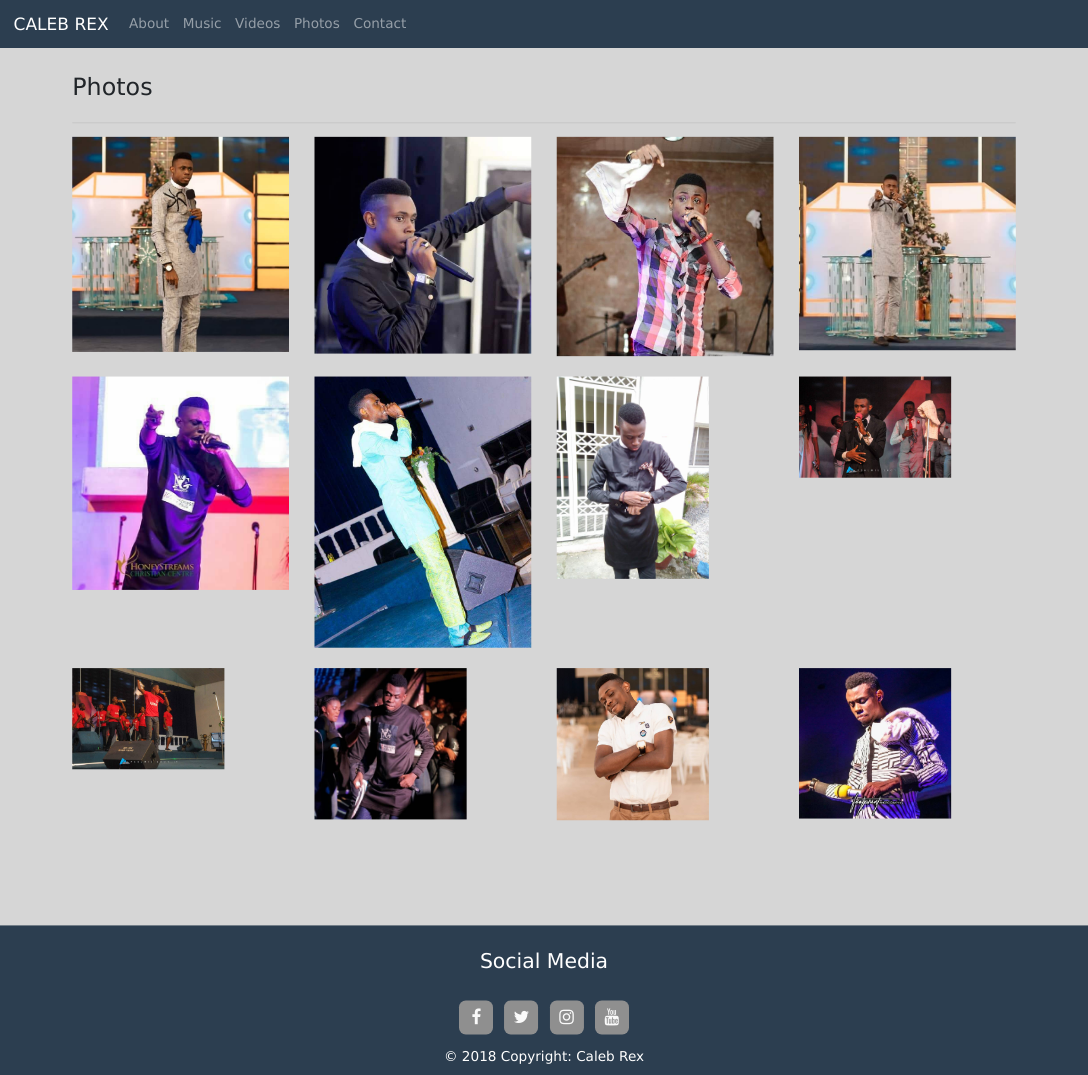
Repository: IchaTreasure/caleb-rex
Page: photos.html
The author's editor kept a record of every edit. The page is drawn from the files as they stood at one moment, then again after the next edit.
The browser window is 1280 px wide. The pictures show the whole page, at 85% of full size.
Some web libraries are served in a nearby version.

Above is the page before.

### photos.html
<!DOCTYPE html>
<html lang="en">

<head>
    <meta charset="UTF-8">
    <meta name="viewport" content="width=device-width, initial-scale=1.0">
    <meta http-equiv="X-UA-Compatible" content="ie=edge">
    <link rel="stylesheet" href="https://maxcdn.bootstrapcdn.com/bootstrap/4.1.3/css/bootstrap.min.css">
    <link rel="stylesheet" href="https://use.fontawesome.com/releases/v5.6.1/css/all.css" integrity="sha384-gfdkjb5BdAXd+lj+gudLWI+BXq4IuLW5IT+brZEZsLFm++aCMlF1V92rMkPaX4PP" crossorigin="anonymous">
    <link rel="stylesheet" href="https://stackpath.bootstrapcdn.com/bootstrap/4.3.1/css/bootstrap.min.css" type="text/css" />
    <link rel="stylesheet" href="https://stackpath.bootstrapcdn.com/font-awesome/4.7.0/css/font-awesome.min.css" type="text/css" />
    <link rel="stylesheet" href="https://cdnjs.cloudflare.com/ajax/libs/hover.css/2.3.1/css/hover-min.css" type="text/css" />
    <link href="https://fonts.googleapis.com/css?family=Roboto:400,700" rel="stylesheet">
    <link rel="stylesheet" href="css/style.css" type="text/css" />
    <title>Caleb Rex</title>
</head>

<body style="background-color: #2c3e50">
    <!-- ------------------------------------------------------------------------------------------------------Navigation Bar -->
    <nav class="navbar navbar-expand-md navbar-dark fixed-top" style="background-color: #2c3e50">
        <a class="navbar-brand" href="index.html">CALEB REX</a>
        <button class="navbar-toggler" type="button" data-toggle="collapse" data-target="#navbarsExampleDefault" aria-controls="navbarsExampleDefault" aria-expanded="false" aria-label="Toggle navigation">
    <span class="navbar-toggler-icon"></span>
  </button>

        <div class="collapse navbar-collapse" id="navbarsExampleDefault">
            <ul class="navbar-nav mr-auto">
                <li class="nav-item right" data-toggle="collapse" data-target=".navbar-collapse.show">
                    <a class="nav-link" href="about.html">About</a>
                </li>
                <li class="nav-item right" data-toggle="collapse" data-target=".navbar-collapse.show">
                    <a class="nav-link" href="music.html">Music</a>
                </li>
                <li class="nav-item right" data-toggle="collapse" data-target=".navbar-collapse.show">
                    <a class="nav-link" href="videos.html">Videos</a>
                </li>
                <li class="nav-item right" data-toggle="collapse" data-target=".navbar-collapse.show">
                    <a class="nav-link" href="photos.html">Photos</a>
                </li>
                <li class="nav-item right" data-toggle="collapse" data-target=".navbar-collapse.show">
                    <a class="nav-link" href="contact.html">Contact</a>
                </li>
            </ul>
        </div>
    </nav>

    <!-- Photo section -->
    <section style="background-color: #D6D6D6; padding-bottom: 100px;">
        <div class="container" Style="padding-top: 30px">
            <div class="row">
                <h3 style="padding-left: 15px">Photos</h3>
            </div>
            <hr>
            <div class="row">
                <!-- Modal: Image 1 -->
                <div class="col-sm-3">
                    <a class="d-block mb-4 h-100">
            <img class="img-fluid img-hover" src="images/Caleb1.jpg" data-toggle="modal" data-target="#Image1" alt="Caleb 1" style="width: 100%">
          </a>
                    <!-- Modal Content -->
                    <div class="modal fade" id="Image1" tabindex="-1" role="dialog" aria-hidden="true">
                        <div class="modal-dialog modal-lg" role="document">
                            <div class="modal-body">
                                <img class="img-fluid" src="images/Caleb1.jpg" alt="Caleb 1">
                            </div>
                        </div>
                    </div>
                </div>

                <!-- Modal: Image 2 -->
                <div class="col-sm-3">
                    <a class="d-block mb-4 h-100">
            <img class="img-fluid img-hover" src="images/Caleb2.jpg" data-toggle="modal" data-target="#Image2" alt="Caleb 2" style="width: 100%">
          </a>
                    <!-- Modal Content -->
                    <div class="modal fade" id="Image2" tabindex="-1" role="dialog" aria-hidden="true">
                        <div class="modal-dialog modal-lg" role="document">
                            <div class="modal-body">
                                <img class="img-fluid" src="images/Caleb2.jpg" alt="Caleb 2">
                            </div>
                        </div>
                    </div>
                </div>

                <!-- Modal: Image 3 -->
                <div class="col-sm-3">
                    <a class="d-block mb-4 h-100">
            <img class="img-fluid img-hover" src="images/Caleb3.jpg" data-toggle="modal" data-target="#Image3" alt="Caleb 3" style="width: 100%">
          </a>
                    <!-- Modal Content -->
                    <div class="modal fade" id="Image3" tabindex="-1" role="dialog" aria-hidden="true">
                        <div class="modal-dialog modal-lg" role="document">
                            <div class="modal-body">
                                <img class="img-fluid" src="images/Caleb3.jpg" alt="Caleb 3">
                            </div>
                        </div>
                    </div>
                </div>

                <!-- Modal: Image 4 -->
                <div class="col-sm-3">
                    <a class="d-block mb-4 h-100">
            <img class="img-fluid img-hover" src="images/Caleb4.jpg" data-toggle="modal" data-target="#Image4" alt="Caleb 4" style="width: 100%">
          </a>
                    <!-- Modal Content -->
                    <div class="modal fade" id="Image4" tabindex="-1" role="dialog" aria-hidden="true">
                        <div class="modal-dialog modal-lg" role="document">
                            <div class="modal-body">
                                <img class="img-fluid" src="images/Caleb4.jpg" alt="Caleb 4">
                            </div>
                        </div>
                    </div>
                </div>
            </div>

            <div class="row">
                <!-- Modal: Image 5 -->
                <div class="col-sm-3">
                    <a class="d-block mb-4 h-100">
            <img class="img-fluid img-hover" src="images/Caleb5.jpg" data-toggle="modal" data-target="#Image5" alt="Caleb 5" style="width: 100%">
          </a>
                    <!-- Modal Content -->
                    <div class="modal fade" id="Image5" tabindex="-1" role="dialog" aria-hidden="true">
                        <div class="modal-dialog modal-lg" role="document">
                            <div class="modal-body">
                                <img class="img-fluid" src="images/Caleb5.jpg" alt="Caleb 5">
                            </div>
                        </div>
                    </div>
                </div>

                <!-- Modal: Image 6 -->
                <div class="col-sm-3">
                    <a class="d-block mb-4 h-100">
            <img class="img-fluid img-hover" src="images/Caleb6.jpg" data-toggle="modal" data-target="#Image6" alt="Caleb 6" style="width: 100%">
          </a>
                    <!-- Modal Content -->
                    <div class="modal fade" id="Image6" tabindex="-1" role="dialog" aria-hidden="true">
                        <div class="modal-dialog modal-lg" role="document">
                            <div class="modal-body">
                                <img class="img-fluid" src="images/Caleb6.jpg" alt="Caleb 6">
                            </div>
                        </div>
                    </div>
                </div>

                <!-- Modal: Image 7 -->
                <div class="col-sm-3">
                    <a class="d-block mb-4 h-100">
            <img class="img-fluid img-hover" src="images/Caleb7.jpg" data-toggle="modal" data-target="#Image7" alt="Caleb 7" style="width: 70%">
          </a>
                    <!-- Modal Content -->
                    <div class="modal fade" id="Image7" tabindex="-1" role="dialog" aria-hidden="true">
                        <div class="modal-dialog modal-lg" role="document">
                            <div class="modal-body">
                                <img class="img-fluid" src="images/Caleb7.jpg" alt="Caleb 7">
                            </div>
                        </div>
                    </div>
                </div>

                <!-- Modal: Image 8 -->
                <div class="col-sm-3">
                    <a class="d-block mb-4 h-100">
            <img class="img-fluid img-hover" src="images/Caleb8.jpg" data-toggle="modal" data-target="#Image8" alt="Caleb 8" style="width: 70%">
          </a>
                    <!-- Modal Content -->
                    <div class="modal fade" id="Image8" tabindex="-1" role="dialog" aria-hidden="true">
                        <div class="modal-dialog modal-lg" role="document">
                            <div class="modal-body">
                                <img class="img-fluid" src="images/Caleb8.jpg" alt="Caleb 8">
                            </div>
                        </div>
                    </div>
                </div>
            </div>

            <div class="row">
                <!-- Modal: Image 9 -->
                <div class="col-sm-3">
                    <a class="d-block mb-4 h-100">
            <img class="img-fluid img-hover" src="images/Caleb9.jpg" data-toggle="modal" data-target="#Image9" alt="Caleb 9" style="width: 70%">
          </a>
                    <!-- Modal Content -->
                    <div class="modal fade" id="Image9" tabindex="-1" role="dialog" aria-hidden="true">
                        <div class="modal-dialog modal-lg" role="document">
                            <div class="modal-body">
                                <img class="img-fluid" src="images/Caleb9.jpg" alt="Caleb 9">
                            </div>
                        </div>
                    </div>
                </div>

                <!-- Modal: Image 10 -->
                <div class="col-sm-3">
                    <a class="d-block mb-4 h-100">
            <img class="img-fluid img-hover" src="images/Caleb11.jpg" data-toggle="modal" data-target="#Image11" alt="Caleb 10" style="width: 70%">
          </a>
                    <!-- Modal Content -->
                    <div class="modal fade" id="Image11" tabindex="-1" role="dialog" aria-hidden="true">
                        <div class="modal-dialog modal-lg" role="document">
                            <div class="modal-body">
                                <img class="img-fluid" src="images/Caleb11.jpg" alt="Caleb 10">
                            </div>
                        </div>
                    </div>
                </div>

                <!-- Modal: Image 11 -->
                <div class="col-sm-3">
                    <a class="d-block mb-4 h-100">
            <img class="img-fluid img-hover" src="images/Caleb12.jpg" data-toggle="modal" data-target="#Image12" alt="Caleb 11" style="width: 70%">
          </a>
                    <!-- Modal Content -->
                    <div class="modal fade" id="Image12" tabindex="-1" role="dialog" aria-hidden="true">
                        <div class="modal-dialog modal-lg" role="document">
                            <div class="modal-body">
                                <img class="img-fluid" src="images/Caleb12.jpg" alt="Caleb 11">
                            </div>
                        </div>
                    </div>
                </div>

                <!-- Modal: Image 12 -->
                <div class="col-sm-3">
                    <a class="d-block mb-4 h-100">
            <img class="img-fluid img-hover" src="images/Caleb14.jpg" data-toggle="modal" data-target="#Image14" alt="Caleb 12" style="width: 70%">
          </a>
                    <!-- Modal Content -->
                    <div class="modal fade" id="Image14" tabindex="-1" role="dialog" aria-hidden="true">
                        <div class="modal-dialog modal-lg" role="document">
                            <div class="modal-body">
                                <img class="img-fluid" src="images/Caleb14.jpg" alt="Caleb 12">
                            </div>
                        </div>
                    </div>
                </div>
            </div>
        </div>
    </section>

    <!-- Footer -->
    <footer class="py-1" style="background-color: #2c3e50; text-align: center;">
        <div class="container">
            <br>
            <h4 style = "color: white">Social Media</h4>
            <br>
            <ul class="list-inline social-links">
                <li class="list-inline-item">
                    <a target="_blank" href="https://www.facebook.com/caleb.rex.96"><i class = " fa fa-facebook" aria-hidden="true"></i><span class = "sr-only">Facebook</span></a>
                </li>
                <li class="list-inline-item">
                    <a target="_blank" href="https://twitter.com/calebrex01"><i class = " fa fa-twitter" aria-hidden="true"></i><span class = "sr-only">Twitter</span></a>
                </li>
                <li class="list-inline-item">
                    <a target="_blank" href="https://www.instagram.com/caleb.rex01/"><i class = " fa fa-instagram" aria-hidden="true"></i><span class = "sr-only">Instagram</span></a>
                </li>
                <li class="list-inline-item">
                    <a target="_blank" href="https://www.youtube.com/channel/UC_B7e65upco510Sio9dZJhg"><i class = " fa fa-youtube" aria-hidden="true"></i><span class = "sr-only">Youtube</span></a>
                </li>
            </ul>
        </div>

        <h6 style="text-align: center; color: white;">© 2018 Copyright: Caleb Rex</h6>
        <!-- /.container -->
    </footer>
    <!-- Bootstrap core JavaScript -->
    <script src="https://code.jquery.com/jquery-3.3.1.slim.min.js" integrity="sha384-q8i/X+965DzO0rT7abK41JStQIAqVgRVzpbzo5smXKp4YfRvH+8abtTE1Pi6jizo" crossorigin="anonymous"></script>
    <script src="https://cdnjs.cloudflare.com/ajax/libs/popper.js/1.14.3/umd/popper.min.js" integrity="sha384-ZMP7rVo3mIykV+2+9J3UJ46jBk0WLaUAdn689aCwoqbBJiSnjAK/l8WvCWPIPm49" crossorigin="anonymous"></script>
    <script src="https://stackpath.bootstrapcdn.com/bootstrap/4.1.3/js/bootstrap.min.js" integrity="sha384-ChfqqxuZUCnJSK3+MXmPNIyE6ZbWh2IMqE241rYiqJxyMiZ6OW/JmZQ5stwEULTy" crossorigin="anonymous"></script>
    <script src="https://code.jquery.com/jquery-3.3.1.slim.min.js" integrity="sha384-q8i/X+965DzO0rT7abK41JStQIAqVgRVzpbzo5smXKp4YfRvH+8abtTE1Pi6jizo" crossorigin="anonymous"></script>
    <script src="https://cdnjs.cloudflare.com/ajax/libs/popper.js/1.14.7/umd/popper.min.js" integrity="sha384-UO2eT0CpHqdSJQ6hJty5KVphtPhzWj9WO1clHTMGa3JDZwrnQq4sF86dIHNDz0W1" crossorigin="anonymous"></script>
    <script src="https://stackpath.bootstrapcdn.com/bootstrap/4.3.1/js/bootstrap.min.js" integrity="sha384-JjSmVgyd0p3pXB1rRibZUAYoIIy6OrQ6VrjIEaFf/nJGzIxFDsf4x0xIM+B07jRM" crossorigin="anonymous"></script>
</body>
</html>

### css/style.css
/*---------------------------- css for body */
body {
  font-family: 'Lucida Grande', sans-serif;
  padding-top: 56px;
}

nav li a:hover {
  background: black;
}

nav a:hover {
  background: black;
}

/*----------------------------------------- Modal Styling */
.modal-body{
    color: #615650;
    text-align: center;
}

.modal-content{
    background-color: #dbc7bd;
    padding: 20px;
}

.img-hover:hover{
    cursor: pointer;
    opacity: 0.6;
    transition: all 0.35s ease-in-out;
    -moz-transition: all 0.35s ease-in-out;
    -webkit-transition: all 0.35s ease-in-out;
    -o-transition: all 0.35s ease-in-out;
}

/*---------------------------- css for contact form*/
.form-style-1 {
	margin:10px auto;
	max-width: 400px;
	padding: 20px 12px 10px 20px;
	font: 13px "Lucida Sans Unicode", "Lucida Grande", sans-serif;
}
.form-style-1 li {
	padding: 0;
	display: block;
	list-style: none;
	margin: 10px 0 0 0;
}
.form-style-1 label{
	margin:0 0 3px 0;
	padding:0px;
	display:block;
	font-weight: bold;
}
.form-style-1 input[type=text],
.form-style-1 input[type=date],
.form-style-1 input[type=datetime],
.form-style-1 input[type=number],
.form-style-1 input[type=search],
.form-style-1 input[type=time],
.form-style-1 input[type=url],
.form-style-1 input[type=email],
textarea,
select{
	box-sizing: border-box;
	-webkit-box-sizing: border-box;
	-moz-box-sizing: border-box;
	border:1px solid #BEBEBE;
	padding: 7px;
	margin:0px;
	-webkit-transition: all 0.30s ease-in-out;
	-moz-transition: all 0.30s ease-in-out;
	-ms-transition: all 0.30s ease-in-out;
	-o-transition: all 0.30s ease-in-out;
	outline: none;
}

.form-style-1 input[type=text]:focus,
.form-style-1 input[type=date]:focus,
.form-style-1 input[type=datetime]:focus,
.form-style-1 input[type=number]:focus,
.form-style-1 input[type=search]:focus,
.form-style-1 input[type=time]:focus,
.form-style-1 input[type=url]:focus,
.form-style-1 input[type=email]:focus,
.form-style-1 textarea:focus,
.form-style-1 select:focus{
	-moz-box-shadow: 0 0 8px #88D5E9;
	-webkit-box-shadow: 0 0 8px #88D5E9;
	box-shadow: 0 0 8px #88D5E9;
	border: 1px solid #88D5E9;
}

.form-style-1 .field-divided{
	width: 49%;
}

.form-style-1 .field-long{
	width: 100%;
}
.form-style-1 .field-select{
	width: 100%;
}
.form-style-1 .field-textarea{
	height: 100px;
}
.form-style-1 input[type=submit], .form-style-1 input[type=button]{
	background: #4B99AD;
	padding: 8px 15px 8px 15px;
	border: none;
	color: #fff;
}

.form-style-1 input[type=submit]:hover, .form-style-1 input[type=button]:hover{
	background: #4691A4;
	box-shadow:none;
	-moz-box-shadow:none;
	-webkit-box-shadow:none;
}

.form-style-1 .required{
	color:red;
}

/*---------------------------- css for footer*/
footer {
  background-color: #7D0D11;
  color: black;
}

.social-links li a i {
  width: 40px;
  height: 40px;
  padding: 10px;
  border-radius: 20%;
  font-size: 20px;
  line-height: 20px;
  text-align: center;
  color: #fafafa;
  background: #8f8f8f;
  transition: all 0.35s ease-in-out;
  -moz-transition: all 0.35s ease-in-out;
  -webkit-transition: all 0.35s ease-in-out;
  -o-transition: all 0.35s ease-in-out;
}

.social-links li a i:hover {
  background: black;
}

After the next edit:
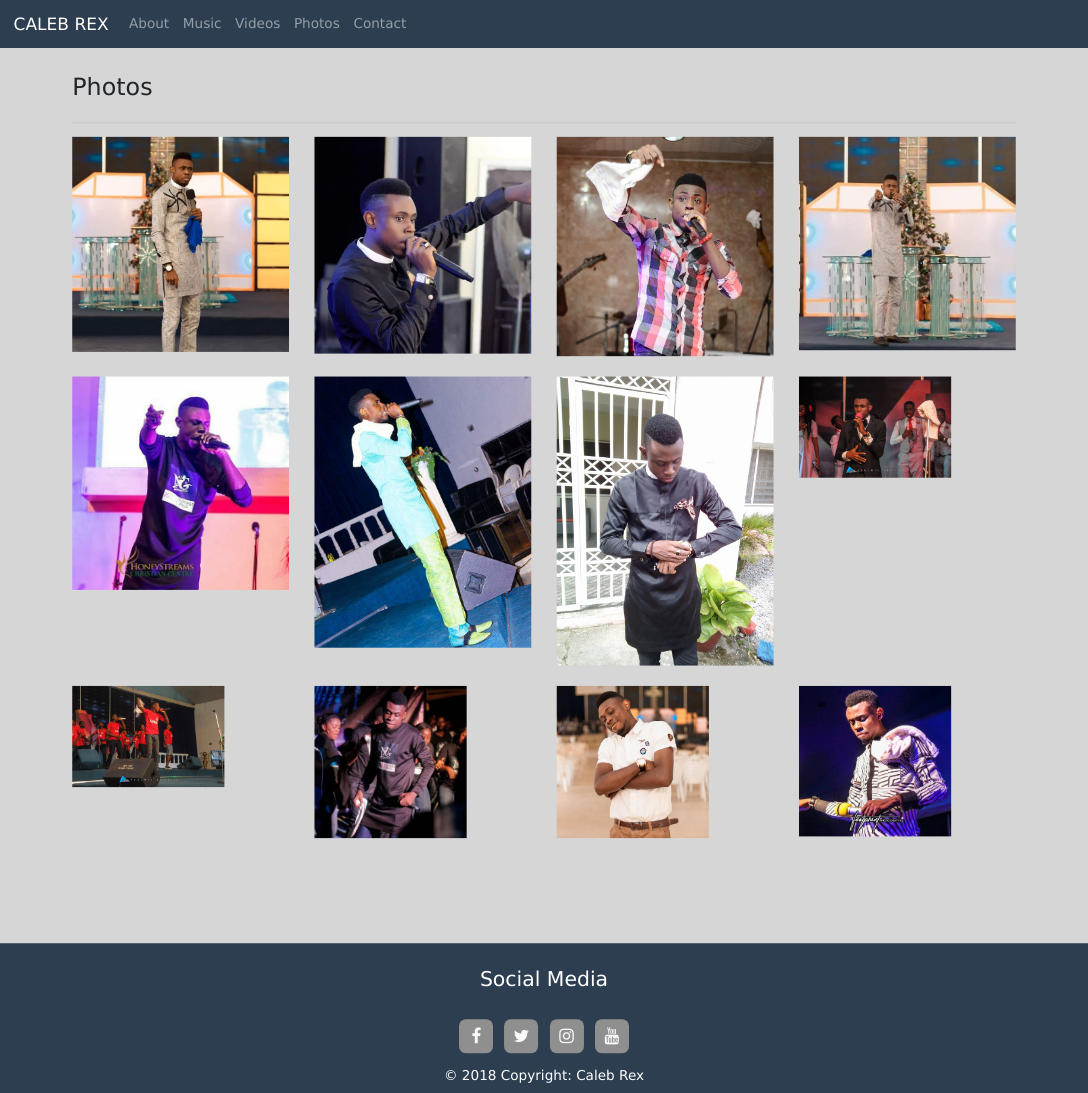
The edit:
--- a/photos.html
+++ b/photos.html
@@ -147,7 +147,7 @@
                 <!-- Modal: Image 7 -->
                 <div class="col-sm-3">
                     <a class="d-block mb-4 h-100">
-            <img class="img-fluid img-hover" src="images/Caleb7.jpg" data-toggle="modal" data-target="#Image7" alt="Caleb 7" style="width: 70%">
+            <img class="img-fluid img-hover" src="images/Caleb7.jpg" data-toggle="modal" data-target="#Image7" alt="Caleb 7" style="width: 100%">
           </a>
                     <!-- Modal Content -->
                     <div class="modal fade" id="Image7" tabindex="-1" role="dialog" aria-hidden="true">
